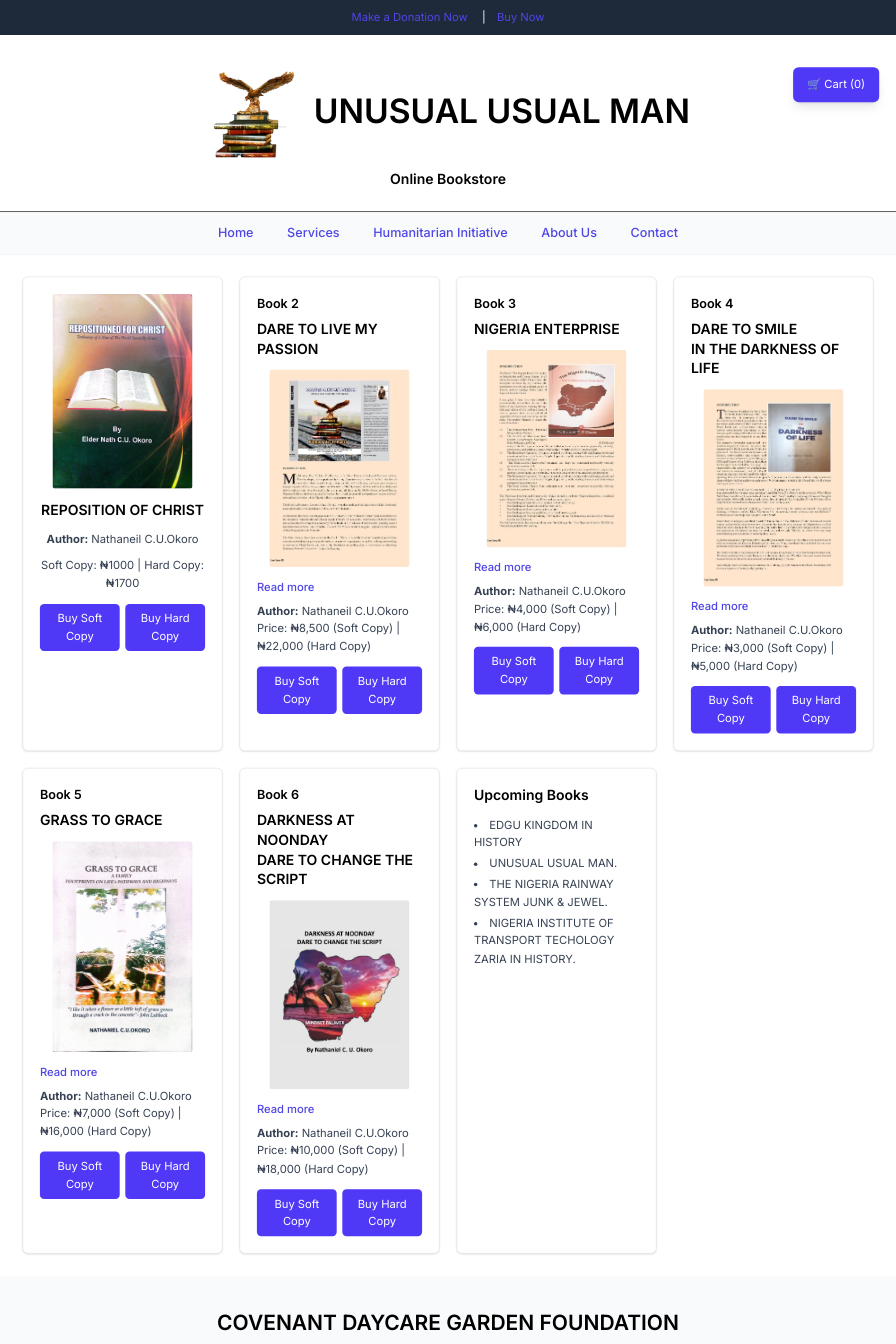
Repository: Rickyy1017/online-bookstore
Page: / (app in frontend/)
These files come from the project's save history. The page is drawn as it stood at one moment and after a run of saves; the edit follows.
The browser window is 1280 px wide. The pictures show the part of the page from y = 0 to 1920 px (the page is 3320 px tall before and 3405 px after), at 70% of full size.
The project was rebuilt for these pictures with package versions that can differ from the ones it lists, and the page was loaded fresh each time. The framework's server and built-in components were replaced by stand-ins that run in the browser. Also part of the build but not shown: frontend/next.config.ts.

Above is the page before, as saved 2025-10-09 23:18:20.

### frontend/app/page.tsx
"use client";

import { useState } from 'react';
import Image from 'next/image';
import Link from 'next/link';

type CartItem = {
  title: string;
  price: number;
  type: string;
};

export default function Page() {
  const [cart, setCart] = useState<CartItem[]>([]);
  const [isModalOpen, setIsModalOpen] = useState(false);
  const [isBannerVisible, setIsBannerVisible] = useState(true);

  const addToCart = (title: string, price: number, type: string) => {
    setCart(prev => [...prev, { title, price, type }]);
  };

  const viewCart = () => {
    setIsModalOpen(true);
  };

  const closeCart = () => {
    setIsModalOpen(false);
  };

  const checkout = () => {
    alert('Checkout functionality not implemented yet.');
  };

  const totalPrice = cart.reduce((sum, item) => sum + item.price, 0);

  return (
    <>
      <div className={`bg-gray-800 text-white text-center py-3 ${isBannerVisible ? 'block' : 'hidden'}`}>
        <Link href="/donate" className="text-white hover:text-blue-300 mx-4 transition-colors">Make a Donation Now</Link> |
        <Link href="/buy" className="text-white hover:text-blue-300 mx-4 transition-colors">Buy Now</Link>
      </div>

      <header className="bg-white text-center py-8 shadow-md border-b">
        <div className="container mx-auto px-4">
          <h1 className="text-5xl font-bold text-gray-900 flex justify-center items-center mb-2">
            <Image src="/images/logo.png" alt="Logo" width={130} height={160} className="mr-6" />
            UNUSUAL USUAL MAN
          </h1>
          <h3 className="text-xl text-gray-600">Online Bookstore</h3>
        </div>
      </header>

      <nav className="bg-gray-50 shadow-sm">
        <div className="container mx-auto flex justify-center py-4">
          <Link href="/" className="text-gray-700 mx-6 no-underline font-medium text-lg hover:text-indigo-600 transition-colors">Home</Link>
          <Link href="/services" className="text-gray-700 mx-6 no-underline font-medium text-lg hover:text-indigo-600 transition-colors">Services</Link>
          <Link href="/humanitarian-initiative" className="text-gray-700 mx-6 no-underline font-medium text-lg hover:text-indigo-600 transition-colors">Humanitarian Initiative</Link>
          <Link href="/about" className="text-gray-700 mx-6 no-underline font-medium text-lg hover:text-indigo-600 transition-colors">About Us</Link>
          <Link href="/contact" className="text-gray-700 mx-6 no-underline font-medium text-lg hover:text-indigo-600 transition-colors">Contact</Link>
        </div>
      </nav>

      <button onClick={viewCart} className="fixed top-24 right-6 bg-indigo-600 text-white px-5 py-3 rounded-lg shadow-lg hover:bg-indigo-700 transition-all z-10">
        🛒 Cart ({cart.length})
      </button>

      <section className="container mx-auto grid grid-cols-1 md:grid-cols-2 lg:grid-cols-3 xl:grid-cols-4 gap-6 p-8">
        <div className="bg-white border border-gray-200 rounded-lg p-6 shadow-sm">
          <Image src="/images/rep.jpg" alt="REPOSITION OF CHRIST" width={200} height={300} className="mx-auto mb-4 rounded" />
          <h3 className="text-xl font-bold text-gray-900 mb-4 text-center">REPOSITION OF CHRIST</h3>
          <p className="text-gray-700 text-center mb-3"><b>Author:</b> Nathaneil C.U.Okoro</p>
          <div className="text-center mb-4">
            <p className="text-gray-700">Soft Copy: ₦1000 | Hard Copy: ₦1700</p>
          </div>
          <div className="flex gap-2">
            <button onClick={() => addToCart('REPOSITION OF CHRIST', 1000, 'Soft Copy')} className="bg-indigo-600 text-white px-4 py-2 rounded-md hover:bg-indigo-700 flex-1">Buy Soft Copy</button>
            <button onClick={() => addToCart('REPOSITION OF CHRIST', 1700, 'Hard Copy')} className="bg-indigo-600 text-white px-4 py-2 rounded-md hover:bg-indigo-700 flex-1">Buy Hard Copy</button>
          </div>
        </div>

        <div className="bg-white border border-gray-200 rounded-lg p-6 shadow-sm">
          <h2 className="text-lg font-semibold text-gray-800 mb-2">Book 2</h2>
          <h3 className="text-xl font-bold text-gray-900 mb-4">DARE TO LIVE MY PASSION</h3>
          <Image src="/images/mypass.jpg" alt="DARE TO LIVE MY PASSION" width={200} height={300} className="mx-auto mb-4 rounded" />
          <Link href="/dare-to-live-my-passion" className="text-indigo-600 hover:text-indigo-800 font-medium">Read more</Link>
          <p className="text-gray-700 mt-2"><b>Author:</b> Nathaneil C.U.Okoro</p>
          <p className="text-gray-700 mb-4">Price: ₦8,500 (Soft Copy) | ₦22,000 (Hard Copy)</p>
          <div className="flex gap-2">
            <button onClick={() => addToCart('DARE TO LIVE MY PASSION', 8500, 'Soft Copy')} className="bg-indigo-600 text-white px-4 py-2 rounded-md hover:bg-indigo-700 flex-1">Buy Soft Copy</button>
            <button onClick={() => addToCart('DARE TO LIVE MY PASSION', 22000, 'Hard Copy')} className="bg-indigo-600 text-white px-4 py-2 rounded-md hover:bg-indigo-700 flex-1">Buy Hard Copy</button>
          </div>
        </div>

        <div className="bg-white border border-gray-200 rounded-lg p-6 shadow-sm">
          <h2 className="text-lg font-semibold text-gray-800 mb-2">Book 3</h2>
          <h3 className="text-xl font-bold text-gray-900 mb-4">NIGERIA ENTERPRISE</h3>
          <Image src="/images/nige.jpg" alt="NIGERIA ENTERPRISE" width={200} height={300} className="mx-auto mb-4 rounded" />
          <Link href="/nigeria-enterprise" className="text-indigo-600 hover:text-indigo-800 font-medium">Read more</Link>
          <p className="text-gray-700 mt-2"><b>Author:</b> Nathaneil C.U.Okoro</p>
          <p className="text-gray-700 mb-4">Price: ₦4,000 (Soft Copy) | ₦6,000 (Hard Copy)</p>
          <div className="flex gap-2">
            <button onClick={() => addToCart('NIGERIA ENTERPRISE', 4000, 'Soft Copy')} className="bg-indigo-600 text-white px-4 py-2 rounded-md hover:bg-indigo-700 flex-1">Buy Soft Copy</button>
            <button onClick={() => addToCart('NIGERIA ENTERPRISE', 6000, 'Hard Copy')} className="bg-indigo-600 text-white px-4 py-2 rounded-md hover:bg-indigo-700 flex-1">Buy Hard Copy</button>
          </div>
        </div>

        <div className="bg-white border border-gray-200 rounded-lg p-6 shadow-sm">
          <h2 className="text-lg font-semibold text-gray-800 mb-2">Book 4</h2>
          <h3 className="text-xl font-bold text-gray-900 mb-4">DARE TO SMILE <br /> IN THE DARKNESS OF LIFE</h3>
          <Image src="/images/dare.jpg" alt="DARE TO SMILE IN THE DARKNESS OF LIFE" width={200} height={300} className="mx-auto mb-4 rounded" />
          <Link href="/dare-to-smile" className="text-indigo-600 hover:text-indigo-800 font-medium">Read more</Link>
          <p className="text-gray-700 mt-2"><b>Author:</b> Nathaneil C.U.Okoro</p>
          <p className="text-gray-700 mb-4">Price: ₦3,000 (Soft Copy) | ₦5,000 (Hard Copy)</p>
          <div className="flex gap-2">
            <button onClick={() => addToCart('DARE TO SMILE IN THE DARKNESS OF LIFE', 3000, 'Soft Copy')} className="bg-indigo-600 text-white px-4 py-2 rounded-md hover:bg-indigo-700 flex-1">Buy Soft Copy</button>
            <button onClick={() => addToCart('DARE TO SMILE IN THE DARKNESS OF LIFE', 5000, 'Hard Copy')} className="bg-indigo-600 text-white px-4 py-2 rounded-md hover:bg-indigo-700 flex-1">Buy Hard Copy</button>
          </div>
        </div>

        <div className="bg-white border border-gray-200 rounded-lg p-6 shadow-sm">
          <h2 className="text-lg font-semibold text-gray-800 mb-2">Book 5</h2>
          <h3 className="text-xl font-bold text-gray-900 mb-4">GRASS TO GRACE</h3>
          <Image src="/images/grasee (1).jpg" alt="GRASS TO GRACE" width={200} height={300} className="mx-auto mb-4 rounded" />
          <Link href="/grass-to-grace" className="text-indigo-600 hover:text-indigo-800 font-medium">Read more</Link>
          <p className="text-gray-700 mt-2"><b>Author:</b> Nathaneil C.U.Okoro</p>
          <p className="text-gray-700 mb-4">Price: ₦7,000 (Soft Copy) | ₦16,000 (Hard Copy)</p>
          <div className="flex gap-2">
            <button onClick={() => addToCart('GRASS TO GRACE', 7000, 'Soft Copy')} className="bg-indigo-600 text-white px-4 py-2 rounded-md hover:bg-indigo-700 flex-1">Buy Soft Copy</button>
            <button onClick={() => addToCart('GRASS TO GRACE', 16000, 'Hard Copy')} className="bg-indigo-600 text-white px-4 py-2 rounded-md hover:bg-indigo-700 flex-1">Buy Hard Copy</button>
          </div>
        </div>

        <div className="bg-white border border-gray-200 rounded-lg p-6 shadow-sm">
          <h2 className="text-lg font-semibold text-gray-800 mb-2">Book 6</h2>
          <h3 className="text-xl font-bold text-gray-900 mb-4">DARKNESS AT NOONDAY <br /> DARE TO CHANGE THE SCRIPT</h3>
          <Image src="/images/dark.png" alt="DARKNESS AT NOONDAY DARE TO CHANGE THE SCRIPT" width={200} height={300} className="mx-auto mb-4 rounded" />
          <Link href="/darkness-at-noonday" className="text-indigo-600 hover:text-indigo-800 font-medium">Read more</Link>
          <p className="text-gray-700 mt-2"><b>Author:</b> Nathaneil C.U.Okoro</p>
          <p className="text-gray-700 mb-4">Price: ₦10,000 (Soft Copy) | ₦18,000 (Hard Copy)</p>
          <div className="flex gap-2">
            <button onClick={() => addToCart('DARKNESS AT NOONDAY DARE TO CHANGE THE SCRIPT', 10000, 'Soft Copy')} className="bg-indigo-600 text-white px-4 py-2 rounded-md hover:bg-indigo-700 flex-1">Buy Soft Copy</button>
            <button onClick={() => addToCart('DARKNESS AT NOONDAY DARE TO CHANGE THE SCRIPT', 18000, 'Hard Copy')} className="bg-indigo-600 text-white px-4 py-2 rounded-md hover:bg-indigo-700 flex-1">Buy Hard Copy</button>
          </div>
        </div>

        <div className="bg-white border border-gray-200 rounded-lg p-6 shadow-sm">
          <h2 className="text-xl font-bold text-gray-900 mb-4">Upcoming Books</h2>
          <ul className="list-disc list-inside text-gray-700 space-y-1">
            <li>EDGU KINGDOM IN HISTORY</li>
            <li>UNUSUAL USUAL MAN.</li>
            <li>THE NIGERIA RAINWAY SYSTEM JUNK & JEWEL.</li>
            <li>NIGERIA INSTITUTE OF TRANSPORT TECHOLOGY ZARIA IN HISTORY.</li>
          </ul>
        </div>
      </section>

      <div className="bg-gray-50 py-12">
        <div className="container mx-auto text-center">
          <h2 className="text-3xl font-bold text-gray-900 mb-8">COVENANT DAYCARE GARDEN FOUNDATION</h2>
          <div className="flex justify-center gap-8 mb-8">
            <Image src="/images/daycare1.png" alt="Daycare 1" width={300} height={200} className="rounded-lg shadow-md" />
            <Image src="/images/daycare2.jpg" alt="Daycare 2" width={300} height={200} className="rounded-lg shadow-md" />
          </div>
          <p className="text-gray-600 max-w-2xl mx-auto">A proud initiative dedicated to supporting elders and widows in need through community care and support programs.</p>
        </div>
      </div>

      {isModalOpen && (
        <div className="fixed inset-0 bg-black bg-opacity-50 flex justify-center items-center z-50">
          <div className="bg-white p-8 rounded-xl shadow-2xl max-w-lg w-full mx-4">
            <div className="flex justify-between items-center mb-6">
              <h2 className="text-2xl font-bold text-gray-900">Your Cart</h2>
              <span onClick={closeCart} className="cursor-pointer text-3xl text-gray-400 hover:text-gray-600">&times;</span>
            </div>
            <ul className="mb-6 space-y-2">
              {cart.map((item, index) => (
                <li key={index} className="text-gray-700 bg-gray-100 p-3 rounded">{item.title} - {item.type} - ₦{item.price}</li>
              ))}
            </ul>
            <div className="flex justify-between items-center mb-6">
              <p className="text-xl font-semibold text-gray-900">Total: ₦{totalPrice}</p>
            </div>
            <button onClick={checkout} className="w-full bg-indigo-600 text-white px-6 py-3 rounded-lg hover:bg-indigo-700 font-medium">Proceed to Checkout</button>
          </div>
        </div>
      )}

      <footer className="bg-gray-800 text-white py-12 mt-16">
        <div className="container mx-auto px-4">
          <div className="text-center mb-8">
            <p className="text-lg font-semibold">© 2025 Covenant Books & Consulting. All Rights Reserved.</p>
            <p className="text-gray-300 mt-2">Empowering lives through literature, community support, and global business expertise.</p>
          </div>
          <nav className="flex justify-center mb-8 space-x-6">
            <Link href="/about" className="text-gray-200 hover:text-indigo-400 transition-colors">About Us</Link>
            <Link href="/services" className="text-gray-200 hover:text-indigo-400 transition-colors">Services</Link>
            <Link href="/contact" className="text-gray-200 hover:text-indigo-400 transition-colors">Contact Us</Link>
          </nav>
          <div className="flex justify-center mb-8 space-x-4">
            <a href="#" className="text-gray-300 hover:text-indigo-400 transition-colors">Facebook</a>
            <a href="#" className="text-gray-300 hover:text-indigo-400 transition-colors">Twitter</a>
            <a href="#" className="text-gray-300 hover:text-indigo-400 transition-colors">LinkedIn</a>
          </div>
          <p className="text-center text-gray-300">Covenant Daycare Garden Foundation is a proud initiative dedicated to supporting elders and widows in need.</p>
        </div>
      </footer>
    </>
  );
}

### frontend/app/globals.css
@import url('https://fonts.googleapis.com/css2?family=Inter:wght@300;400;500;600;700&display=swap');
@import "tailwindcss";

:root {
  --background: #ffffff;
  --foreground: #000000;
  --accent: #4f46e5;
  --accent-hover: #3730a3;
}

@theme inline {
  --color-background: var(--background);
  --color-foreground: var(--foreground);
  --font-sans: 'Inter', sans-serif;
  --font-mono: var(--font-geist-mono);
}

body {
  background: var(--background);
  color: var(--foreground);
  font-family: 'Inter', sans-serif;
  line-height: 1.6;
}

h1, h2, h3, h4, h5, h6 {
  font-weight: 600;
  color: var(--foreground);
}

a {
  color: var(--accent);
  transition: color 0.2s ease;
}

a:hover {
  color: var(--accent-hover);
}

button {
  transition: all 0.2s ease;
}

Loaded but not shown: frontend/app/layout.tsx (common file)

After the next 4 saves:
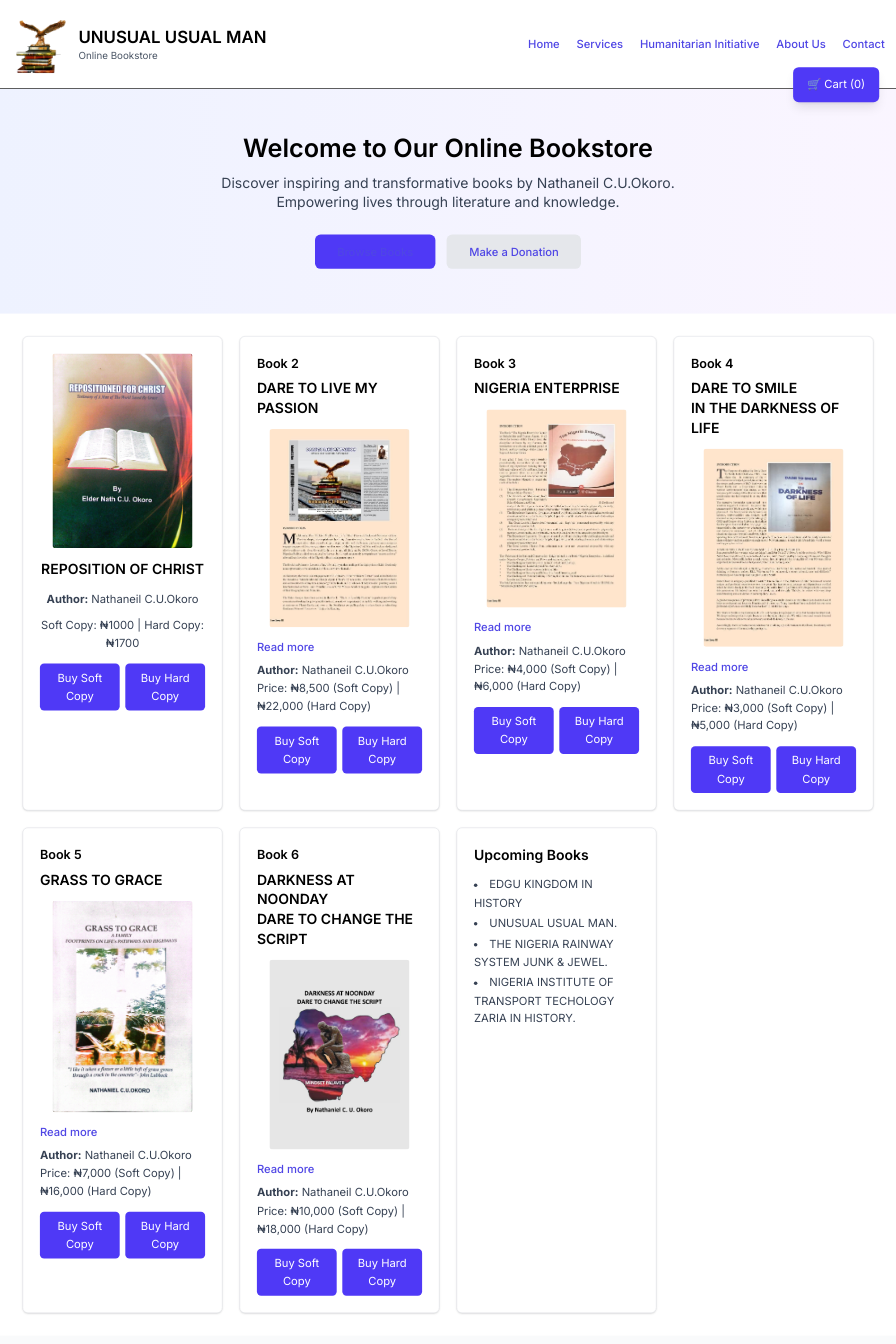
The 4 saves are shown as one change because 1 did not build or start and some came seconds apart.
The last was saved 3 min 27 s later.
--- a/frontend/app/page.tsx
+++ b/frontend/app/page.tsx
@@ -35,30 +35,35 @@ export default function Page() {
 
   return (
     <>
-      <div className={`bg-gray-800 text-white text-center py-3 ${isBannerVisible ? 'block' : 'hidden'}`}>
-        <Link href="/donate" className="text-white hover:text-blue-300 mx-4 transition-colors">Make a Donation Now</Link> |
-        <Link href="/buy" className="text-white hover:text-blue-300 mx-4 transition-colors">Buy Now</Link>
-      </div>
-
-      <header className="bg-white text-center py-8 shadow-md border-b">
-        <div className="container mx-auto px-4">
-          <h1 className="text-5xl font-bold text-gray-900 flex justify-center items-center mb-2">
-            <Image src="/images/logo.png" alt="Logo" width={130} height={160} className="mr-6" />
-            UNUSUAL USUAL MAN
-          </h1>
-          <h3 className="text-xl text-gray-600">Online Bookstore</h3>
+      <header className="bg-white shadow-md border-b">
+        <div className="container mx-auto px-4 py-4 flex justify-between items-center">
+          <div className="flex items-center">
+            <Image src="/images/logo.png" alt="Logo" width={80} height={100} className="mr-4" />
+            <div>
+              <h1 className="text-2xl font-bold text-gray-900">UNUSUAL USUAL MAN</h1>
+              <p className="text-sm text-gray-600">Online Bookstore</p>
+            </div>
+          </div>
+          <nav className="flex space-x-6">
+            <Link href="/" className="text-gray-700 font-medium hover:text-indigo-600 transition-colors">Home</Link>
+            <Link href="/services" className="text-gray-700 font-medium hover:text-indigo-600 transition-colors">Services</Link>
+            <Link href="/humanitarian-initiative" className="text-gray-700 font-medium hover:text-indigo-600 transition-colors">Humanitarian Initiative</Link>
+            <Link href="/about" className="text-gray-700 font-medium hover:text-indigo-600 transition-colors">About Us</Link>
+            <Link href="/contact" className="text-gray-700 font-medium hover:text-indigo-600 transition-colors">Contact</Link>
+          </nav>
         </div>
       </header>
 
-      <nav className="bg-gray-50 shadow-sm">
-        <div className="container mx-auto flex justify-center py-4">
-          <Link href="/" className="text-gray-700 mx-6 no-underline font-medium text-lg hover:text-indigo-600 transition-colors">Home</Link>
-          <Link href="/services" className="text-gray-700 mx-6 no-underline font-medium text-lg hover:text-indigo-600 transition-colors">Services</Link>
-          <Link href="/humanitarian-initiative" className="text-gray-700 mx-6 no-underline font-medium text-lg hover:text-indigo-600 transition-colors">Humanitarian Initiative</Link>
-          <Link href="/about" className="text-gray-700 mx-6 no-underline font-medium text-lg hover:text-indigo-600 transition-colors">About Us</Link>
-          <Link href="/contact" className="text-gray-700 mx-6 no-underline font-medium text-lg hover:text-indigo-600 transition-colors">Contact</Link>
-        </div>
-      </nav>
+      <section className="bg-gradient-to-r from-indigo-50 to-purple-50 py-16">
+        <div className="container mx-auto text-center px-4">
+          <h2 className="text-4xl font-bold text-gray-900 mb-4">Welcome to Our Online Bookstore</h2>
+          <p className="text-xl text-gray-700 mb-8 max-w-2xl mx-auto">Discover inspiring and transformative books by Nathaneil C.U.Okoro. Empowering lives through literature and knowledge.</p>
+          <div className="flex justify-center space-x-4">
+            <Link href="#books" className="bg-indigo-600 text-white px-8 py-3 rounded-lg hover:bg-indigo-700 transition-colors font-medium">Browse Books</Link>
+            <Link href="/donate" className="bg-gray-200 text-gray-800 px-8 py-3 rounded-lg hover:bg-gray-300 transition-colors font-medium">Make a Donation</Link>
+          </div>
+        </div>
+      </section>
 
       <button onClick={viewCart} className="fixed top-24 right-6 bg-indigo-600 text-white px-5 py-3 rounded-lg shadow-lg hover:bg-indigo-700 transition-all z-10">
         🛒 Cart ({cart.length})
